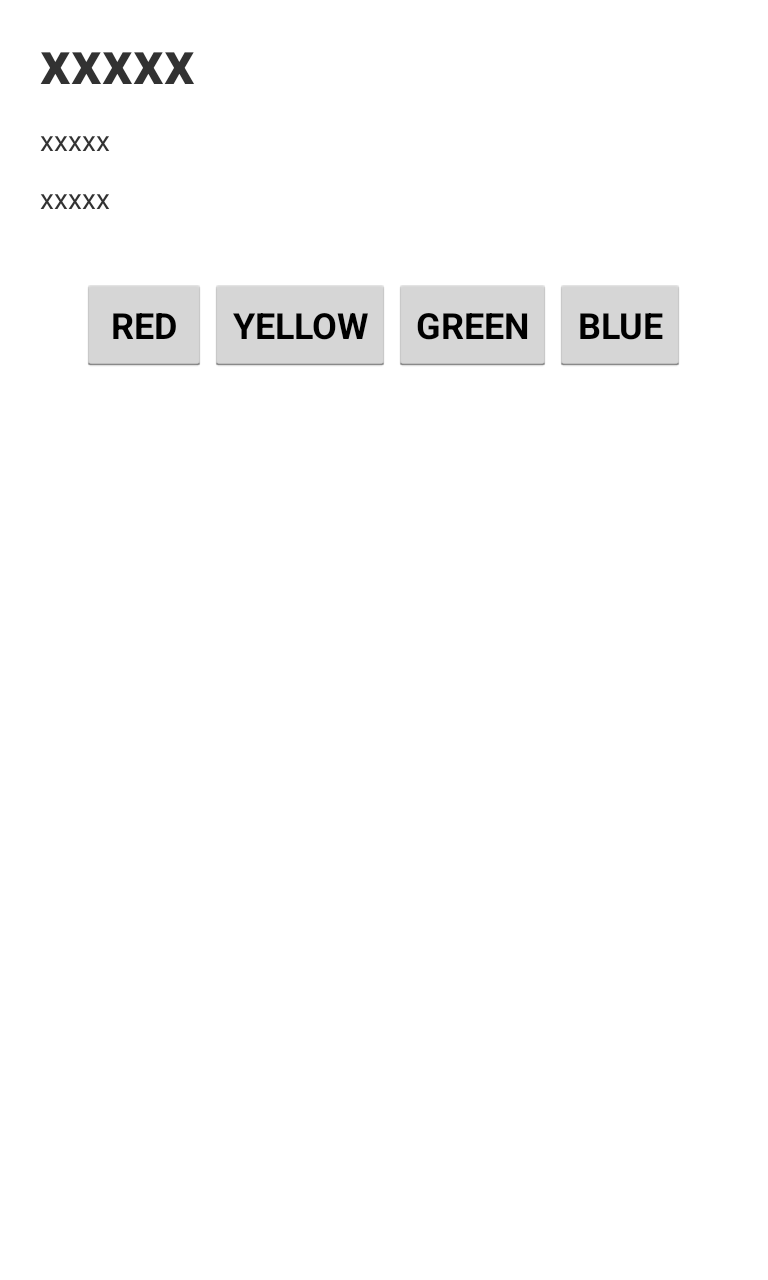
Repository: SettawutSomboon/SouthNationalPark
Layout: SouthNationalParkTravel/SouthNationalPark/res/layout/test.xml
An editor plug-in stored every save of this project. The layout is shown before and after the next save, followed by the edit.
It is drawn on a 768 x 1280 px phone screen (xhdpi) without system bars, with theme AppTheme; the app's code is not run.

Above is the layout before, as saved 2015-02-27 12:04:34.

### SouthNationalParkTravel/SouthNationalPark/res/layout/test.xml
<?xml version="1.0" encoding="utf-8"?>
<LinearLayout xmlns:android="http://schemas.android.com/apk/res/android"
    android:layout_width="match_parent"
    android:layout_height="wrap_content"
    android:orientation="vertical" >

    <ScrollView
        android:id="@+id/sv_step1_purchase"
        android:layout_width="match_parent"
        android:layout_height="wrap_content"
        android:layout_marginBottom="10dp"
        android:fillViewport="true"
        android:paddingBottom="10dp"
        android:paddingLeft="10dp"
        android:paddingRight="10dp" >

        <LinearLayout
            android:id="@+id/rl_easyfund_step1_purchase_wrap_content"
            android:layout_width="match_parent"
            android:layout_height="wrap_content"
            android:layout_marginTop="10dp"
            android:orientation="vertical"
            android:paddingBottom="10dp"
            android:paddingLeft="10dp"
            android:paddingRight="10dp" >

            <TextView
                android:id="@+id/txt_parkname"
                android:layout_width="match_parent"
                android:layout_height="wrap_content"
                android:textSize="30dp"
                android:textStyle="bold"
                android:text="xxxxx" />

            <TextView
                android:id="@+id/txt_general"
                android:layout_width="match_parent"
                android:layout_height="wrap_content"
                android:layout_marginTop="10dp"
                android:text="xxxxx" />

            <TextView
                android:id="@+id/txt_topography"
                android:layout_width="match_parent"
                android:layout_height="wrap_content"
                android:layout_marginTop="10dp"
                android:text="xxxxx" />
        </LinearLayout>
    </ScrollView>

    <LinearLayout
        android:layout_width="wrap_content"
        android:layout_height="wrap_content"
        android:gravity="bottom"
        android:orientation="vertical" >

        <RelativeLayout
            android:id="@+id/rl_easyfund_step1_purchase_next"
            android:layout_width="match_parent"
            android:layout_height="wrap_content" >

            <LinearLayout
                android:layout_width="fill_parent"
                android:layout_height="wrap_content"
                android:background="#ffffff"
                android:gravity="center"
                android:orientation="horizontal" >

                <Button
                    android:id="@+id/red__bt_id"
                    android:layout_width="wrap_content"
                    android:layout_height="wrap_content"
                    android:text="RED"
                    android:textStyle="bold" />

                <Button
                    android:id="@+id/yellow_bt_id"
                    android:layout_width="wrap_content"
                    android:layout_height="wrap_content"
                    android:text="YELLOW"
                    android:textStyle="bold" />

                <Button
                    android:id="@+id/green_bt_id"
                    android:layout_width="wrap_content"
                    android:layout_height="wrap_content"
                    android:text="GREEN"
                    android:textStyle="bold" />

                <Button
                    android:id="@+id/blue_bt_id"
                    android:layout_width="wrap_content"
                    android:layout_height="wrap_content"
                    android:text="BLUE"
                    android:textStyle="bold" />
            </LinearLayout>
        </RelativeLayout>
    </LinearLayout>

</LinearLayout>

Loaded but not shown: SouthNationalParkTravel/SouthNationalPark/res/values/styles.xml (common file); SouthNationalParkTravel/SouthNationalPark/res/values-v11/styles.xml (common file); SouthNationalParkTravel/SouthNationalPark/res/values-v14/styles.xml (common file)

After the next save:
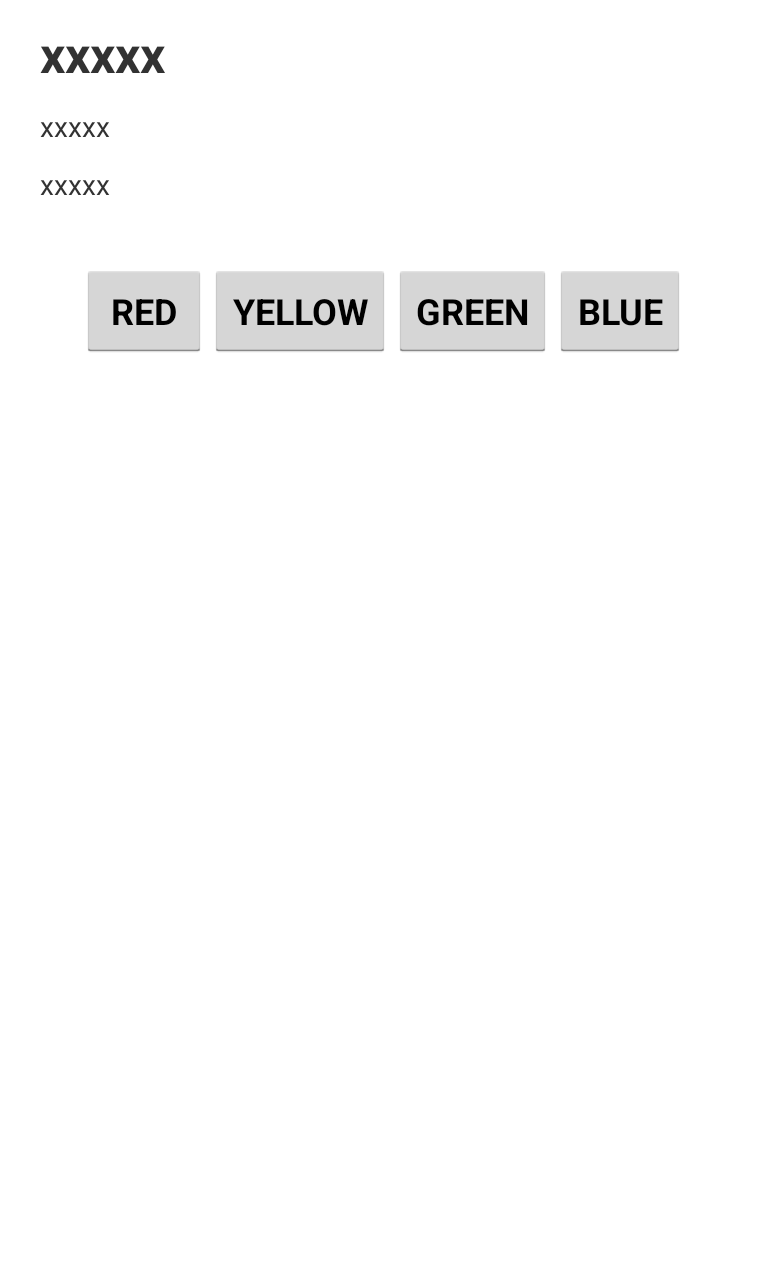
Saved 15 s later.
--- a/SouthNationalParkTravel/SouthNationalPark/res/layout/test.xml
+++ b/SouthNationalParkTravel/SouthNationalPark/res/layout/test.xml
@@ -28,7 +28,7 @@
                 android:id="@+id/txt_parkname"
                 android:layout_width="match_parent"
                 android:layout_height="wrap_content"
-                android:textSize="30dp"
+                android:textSize="25dp"
                 android:textStyle="bold"
                 android:text="xxxxx" />
 
